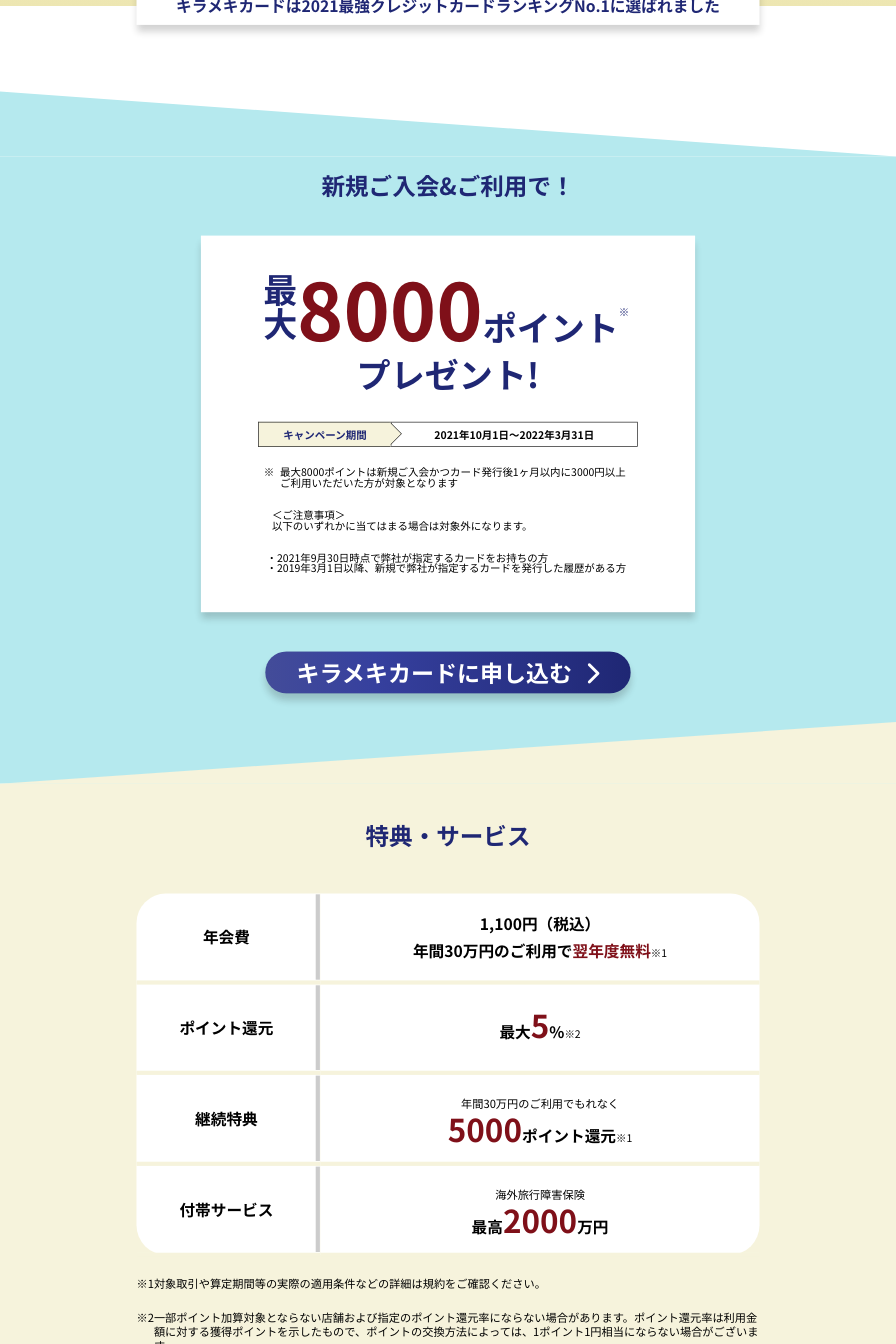
Repository: ryu-nuno/tech_academy_subwork
Page: kadai-kirameki-card-main/index.html
The author's editor kept a record of every edit. The page is drawn from the files as they stood at one moment, then again after the next edit.
The browser window is 1280 px wide. The pictures show the part of the page from y = 712 to 2632 px (the page is 6409 px tall), at 70% of full size.
Some web libraries are served in a nearby version.

Above is the page before.

After the next edit:
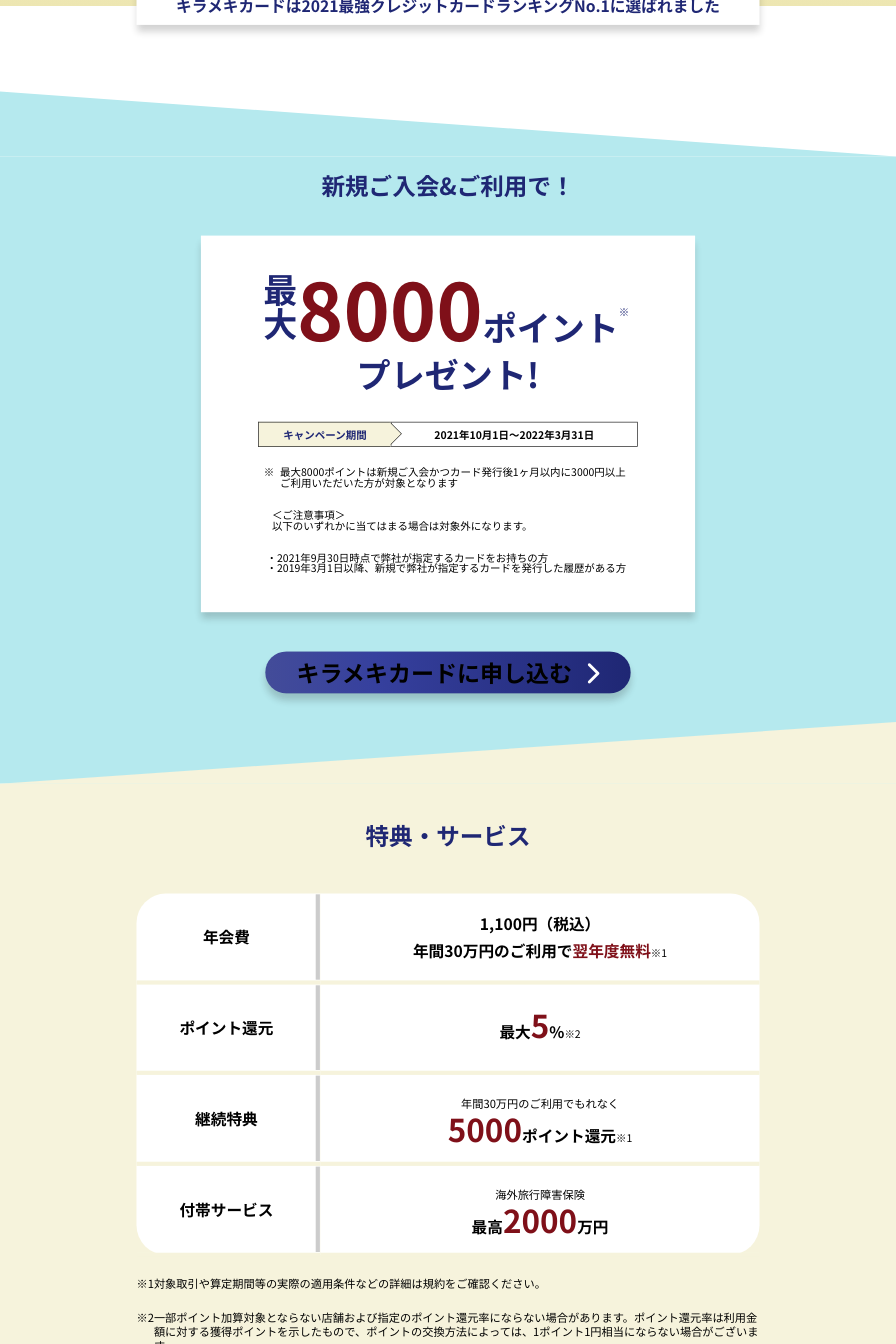
The edit:
--- a/kadai-kirameki-card-main/index.html
+++ b/kadai-kirameki-card-main/index.html
@@ -112,7 +112,7 @@
             </div>
             </div>
 
-              <div class="application_button_l"><span class="ad_right">キラメキカードに申し込む</span><i class="fas fa-chevron-right"></i></div>
+              <div class="application_button_l"><span class="ad_right"><a href="#">キラメキカードに申し込む</a></span><i class="fas fa-chevron-right"></i></div>
            </section>
 
            <section class="benefit_service">
